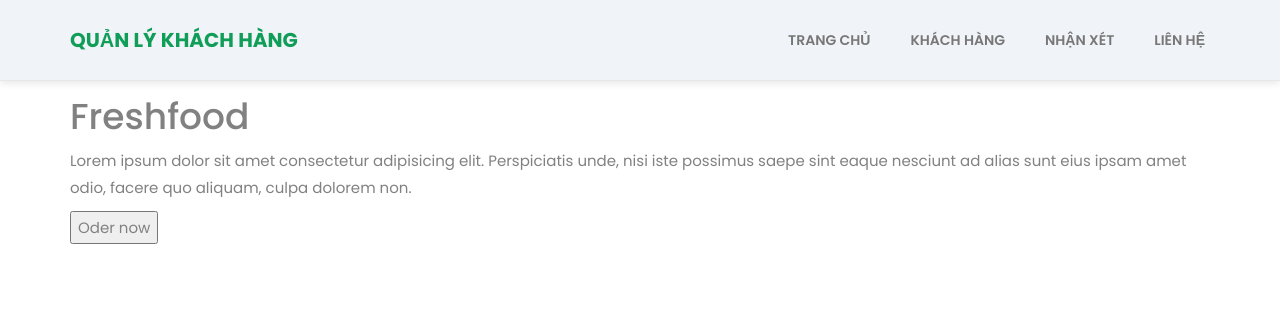
Repository: huutien1904/bt2-ltw
Page: index.html
The author's editor kept a copy of each file at every save. The page is drawn from the files as they stood at one save, then again after the next save.
The browser window is 1280 px wide. The pictures show the whole page.

Above is the page before, as saved 2021-11-03 22:09:26.

After the next save:
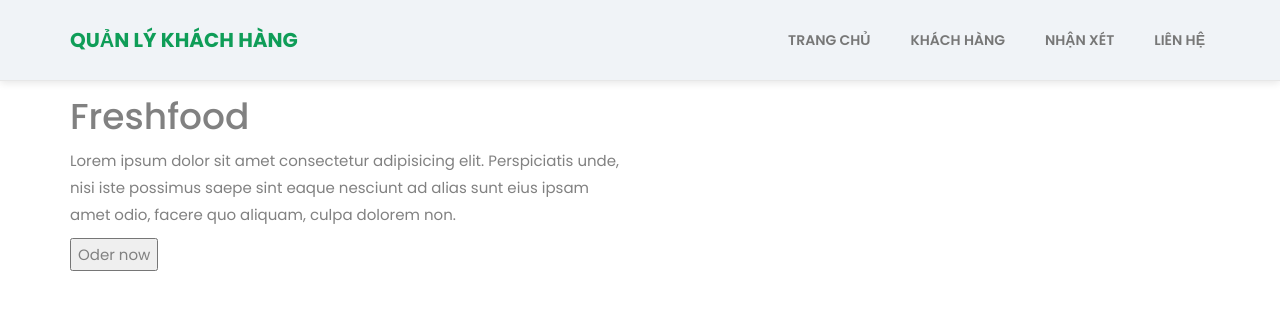
Saved 2 h 8 min later.
--- a/index.html
+++ b/index.html
@@ -47,7 +47,7 @@
     >
     <div class="container">
       <div class="row">
-        <div class="col-6 col-xs-12">
+        <div class="col-md-6 col-xs-12">
           <div class="slogan">
             <h1 class="left-to-right play-on-scroll">Freshfood</h1>
             <p class="left-to-right play-on-scroll delay-2">
